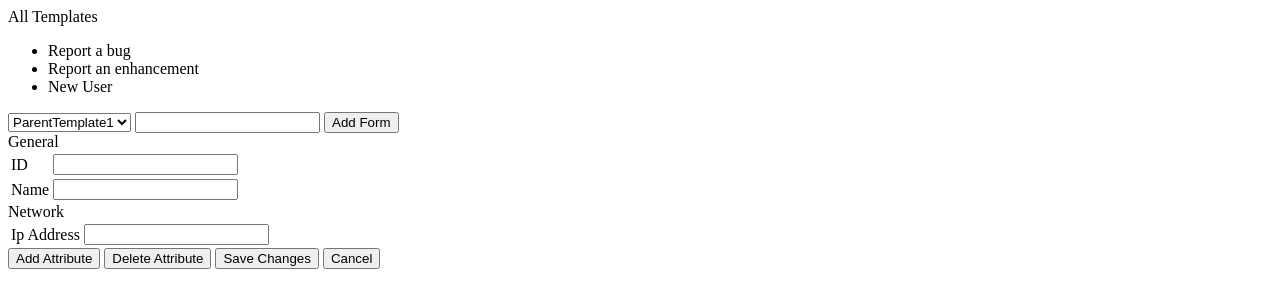
Repository: joliest/MyGits
Page: http://localhost/MiniTracker/Template.jsp
An editor plug-in stored every save of this project. The page is shown before and after the next save, followed by the edit.
The browser window is 1280 px wide. The pictures show the whole page.
Some web libraries are served in a nearby version. The page is served by Tomcat 9.

Above is the page before, as saved 2017-12-06 18:09:02.

After the next save:
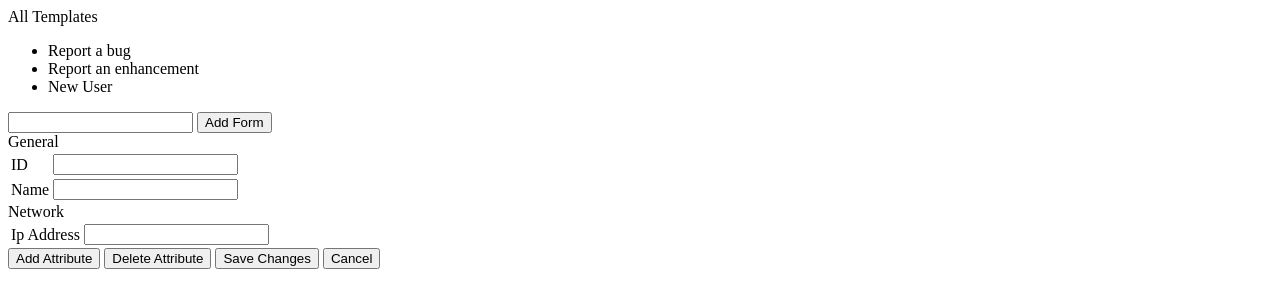
Saved 18 h 13 min later.
--- a/Java/Project_JIRA/MiniTracker/WebContent/Template.jsp
+++ b/Java/Project_JIRA/MiniTracker/WebContent/Template.jsp
@@ -12,9 +12,6 @@
 			<li>New User</li>
 		</ul>
 
-		<select id="selectTemplateParent">
-			<option templateId="123">ParentTemplate1</option>
-		</select>
 		<input type="text" id="templateName">
 		<input type="button" id="addTemplateButton" value="Add Form">
 
